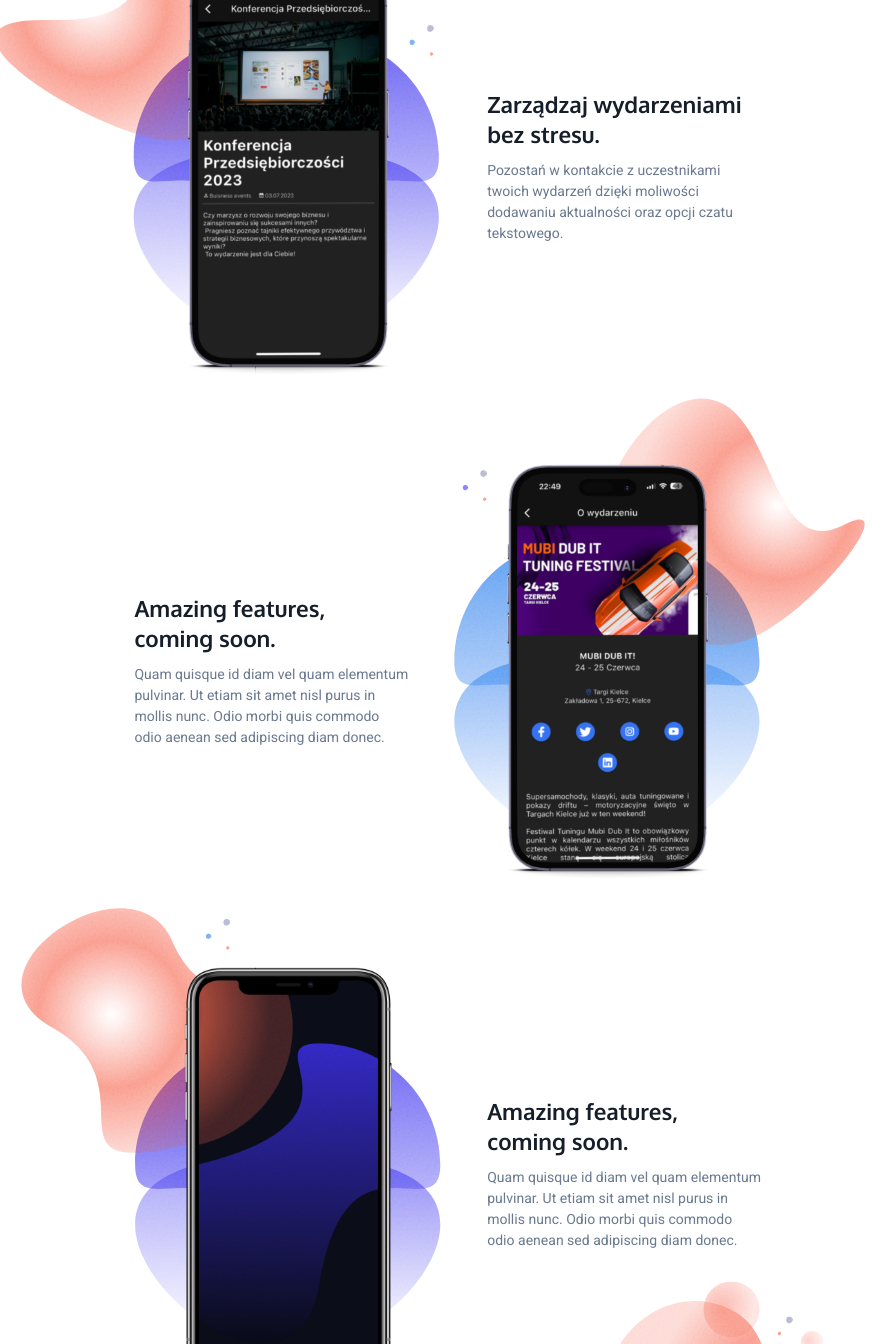
Repository: WieczorS/EventAppLandingPage
Page: index.html
An editor plug-in stored every save of this project. The page is shown before and after the next save, followed by the edit.
The browser window is 1280 px wide. The pictures show the part of the page from y = 1321 to 3241 px (the page is 4356 px tall), at 70% of full size.

Above is the page before, as saved 2023-07-03 22:56:03.

### index.html
<!DOCTYPE html>
<html lang="en" class="no-js">
<head>
    <meta charset="utf-8">
    <meta http-equiv="X-UA-Compatible" content="IE=edge">
    <meta name="viewport" content="width=device-width, initial-scale=1">
    <title>Venus Template</title>
    <link href="https://fonts.googleapis.com/css?family=Heebo:400,700|Oxygen:700" rel="stylesheet">
    <link rel="stylesheet" href="dist/css/style.css">
    <script src="https://unpkg.com/scrollreveal@4.0.5/dist/scrollreveal.min.js"></script>
</head>
<body class="is-boxed has-animations">
    <div class="body-wrap boxed-container">
        <header class="site-header text-light">
            <div class="container">
                <div class="site-header-inner">
                    <div class="brand header-brand">
                        <h1 class="m-0">
                            <a href="#">
								<img class="header-logo-image" src="dist/images/logo.svg" alt="Logo">
                            </a>
                        </h1>
                    </div>
                </div>
            </div>
        </header>

        <main>
            <section class="hero text-center text-light">
				<div class="hero-bg"></div>
				<div class="hero-particles-container">
					<canvas id="hero-particles"></canvas>
				</div>
                <div class="container-sm">
                    <div class="hero-inner">
						<div class="hero-copy">
	                        <h1 class="hero-title mt-0">Halfbit EventApp</h1>
	                        <p class="hero-paragraph">Łączymy wydarzenia, inspirujemy doświadczenia!</p>
	                        <!-- <div class="hero-cta">
								<a class="button button-primary button-wide-mobile" href="#">Get early access</a>
							</div> -->
						</div>
						<div class="mockup-container">
							<div class="mockup-bg">
								<img src="dist/images/iphone-hero-bg.svg" alt="iPhone illustration">
							</div>
							<img class="device-mockup" src="dist/images/mainmockup1.png" alt="iPhone Hero">
						</div>
                    </div>
                </div>
            </section>

			<section class="features-extended section">
                <div class="features-extended-inner section-inner">
					<div class="features-extended-wrap">
						<div class="container">
							<div class="feature-extended">
								<div class="feature-extended-image">
									<div class="mockup-bg">
										<img src="dist/images/iphone-feature-bg-01.svg" alt="iPhone Feature 01 illustration">
									</div>
									<img class="device-mockup is-revealing" src="dist/images/2.png" alt="iPhone Feature 01">
								</div>
								<div class="feature-extended-body is-revealing">
									<h3 class="mt-0 mb-16">Zarządzaj wydarzeniami bez stresu.</h3>
									<p class="m-0">Pozostań w kontakcie z uczestnikami twoich wydarzeń dzięki moliwości dodawaniu aktualności oraz opcji czatu tekstowego.</p>
								</div>
							</div>
							<div class="feature-extended">
								<div class="feature-extended-image">
									<div class="mockup-bg">
										<img src="dist/images/iphone-feature-bg-02.svg" alt="iPhone Feature 02 illustration">
									</div>
									<img class="device-mockup is-revealing" src="dist/images/3.png" alt="iPhone Feature 02">
								</div>
								<div class="feature-extended-body is-revealing">
									<h3 class="mt-0 mb-16">Amazing features, coming soon.</h3>
									<p class="m-0">Quam quisque id diam vel quam elementum pulvinar. Ut etiam sit amet nisl purus in mollis nunc. Odio morbi quis commodo odio aenean sed adipiscing diam donec.</p>
								</div>
							</div>
							<div class="feature-extended">
								<div class="feature-extended-image">
									<div class="mockup-bg">
										<img src="dist/images/iphone-feature-bg-03.svg" alt="iPhone Feature 03 illustration">
									</div>
									<img class="device-mockup is-revealing" src="dist/images/iphone-feature-03.png" alt="iPhone Feature 03">
								</div>
								<div class="feature-extended-body is-revealing">
									<h3 class="mt-0 mb-16">Amazing features, coming soon.</h3>
									<p class="m-0">Quam quisque id diam vel quam elementum pulvinar. Ut etiam sit amet nisl purus in mollis nunc. Odio morbi quis commodo odio aenean sed adipiscing diam donec.</p>
								</div>
							</div>
							<div class="feature-extended">
								<div class="feature-extended-image">
									<div class="mockup-bg">
										<img src="dist/images/iphone-feature-bg-04.svg" alt="iPhone Feature 04 illustration">
									</div>
									<img class="device-mockup is-revealing" src="dist/images/dist/images/mockup1.png" alt="iPhone Feature 04">
								</div>
								<div class="feature-extended-body is-revealing">
									<h3 class="mt-0 mb-16">Amazing features, coming soon.</h3>
									<p class="m-0">Quam quisque id diam vel quam elementum pulvinar. Ut etiam sit amet nisl purus in mollis nunc. Odio morbi quis commodo odio aenean sed adipiscing diam donec.</p>
								</div>
							</div>
						</div>
					</div>
                </div>
            </section>
        </main>

		<footer class="site-footer">
			<div class="footer-particles-container">
				<canvas id="footer-particles"></canvas>
			</div>
			<div class="site-footer-top">
				<section class="cta section text-light">
					<div class="container-sm">
						<div class="cta-inner section-inner">
							<div class="cta-header text-center">
								<h2 class="section-title mt-0">Stay in the know</h2>
								<p class="section-paragraph">Lorem ipsum is common placeholder text used to demonstrate the graphic elements of a document or visual presentation.</p>
								<div class="cta-cta">
									<a class="button button-primary button-wide-mobile" href="#">Get early access</a>
								</div>
							</div>
						</div>
					</div>
				</section>
			</div>
			<div class="site-footer-bottom">
				<div class="container">
					<div class="site-footer-inner">
						<div class="brand footer-brand">
							<a href="#">
								<img src="dist/images/logo.svg" alt="Venus logo">
							</a>
						</div>
						<ul class="footer-links list-reset">
							<li>
								<a href="#">Contact</a>
							</li>
							<li>
								<a href="#">About us</a>
							</li>
							<li>
								<a href="#">FAQ's</a>
							</li>
							<li>
								<a href="#">Support</a>
							</li>
						</ul>
						<ul class="footer-social-links list-reset">
							<li>
								<a href="#">
									<span class="screen-reader-text">Facebook</span>
									<svg width="16" height="16" xmlns="http://www.w3.org/2000/svg">
										<path d="M6.023 16L6 9H3V6h3V4c0-2.7 1.672-4 4.08-4 1.153 0 2.144.086 2.433.124v2.821h-1.67c-1.31 0-1.563.623-1.563 1.536V6H13l-1 3H9.28v7H6.023z" fill="#FFF"/>
									</svg>
								</a>
							</li>
							<li>
								<a href="#">
									<span class="screen-reader-text">Twitter</span>
									<svg width="16" height="16" xmlns="http://www.w3.org/2000/svg">
										<path d="M16 3c-.6.3-1.2.4-1.9.5.7-.4 1.2-1 1.4-1.8-.6.4-1.3.6-2.1.8-.6-.6-1.5-1-2.4-1-1.7 0-3.2 1.5-3.2 3.3 0 .3 0 .5.1.7-2.7-.1-5.2-1.4-6.8-3.4-.3.5-.4 1-.4 1.7 0 1.1.6 2.1 1.5 2.7-.5 0-1-.2-1.5-.4C.7 7.7 1.8 9 3.3 9.3c-.3.1-.6.1-.9.1-.2 0-.4 0-.6-.1.4 1.3 1.6 2.3 3.1 2.3-1.1.9-2.5 1.4-4.1 1.4H0c1.5.9 3.2 1.5 5 1.5 6 0 9.3-5 9.3-9.3v-.4C15 4.3 15.6 3.7 16 3z" fill="#FFF"/>
									</svg>
								</a>
							</li>
							<li>
								<a href="#">
									<span class="screen-reader-text">Google</span>
									<svg width="16" height="16" xmlns="http://www.w3.org/2000/svg">
										<path d="M7.9 7v2.4H12c-.2 1-1.2 3-4 3-2.4 0-4.3-2-4.3-4.4 0-2.4 2-4.4 4.3-4.4 1.4 0 2.3.6 2.8 1.1l1.9-1.8C11.5 1.7 9.9 1 8 1 4.1 1 1 4.1 1 8s3.1 7 7 7c4 0 6.7-2.8 6.7-6.8 0-.5 0-.8-.1-1.2H7.9z" fill="#FFF"/>
									</svg>
								</a>
							</li>
						</ul>
						<div class="footer-copyright">&copy; 2018 Venus, all rights reserved</div>
					</div>
				</div>
			</div>
        </footer>
    </div>

    <script src="dist/js/main.min.js"></script>
</body>
</html>

Loaded but not shown: dist/css/style.css (library); dist/js/main.min.js (library)

After the next save:
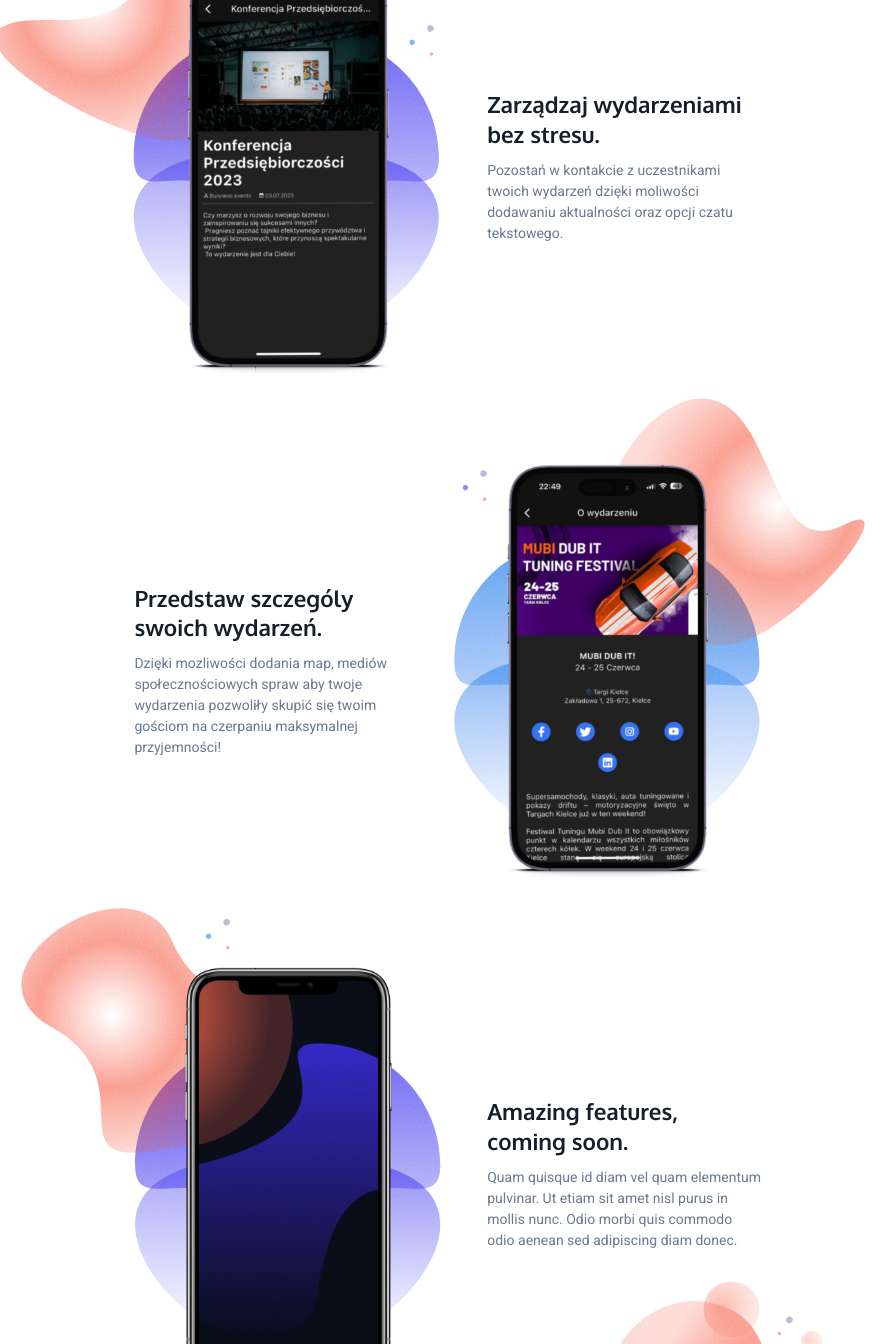
Saved 2 min 1 s later.
--- a/index.html
+++ b/index.html
@@ -74,8 +74,8 @@
 									<img class="device-mockup is-revealing" src="dist/images/3.png" alt="iPhone Feature 02">
 								</div>
 								<div class="feature-extended-body is-revealing">
-									<h3 class="mt-0 mb-16">Amazing features, coming soon.</h3>
-									<p class="m-0">Quam quisque id diam vel quam elementum pulvinar. Ut etiam sit amet nisl purus in mollis nunc. Odio morbi quis commodo odio aenean sed adipiscing diam donec.</p>
+									<h3 class="mt-0 mb-16">Przedstaw szczególy swoich wydarzeń.</h3>
+									<p class="m-0">Dzięki mozliwości dodania map, mediów społecznościowych spraw aby twoje wydarzenia pozwoliły skupić się twoim gościom na czerpaniu maksymalnej przyjemności!</p>
 								</div>
 							</div>
 							<div class="feature-extended">
